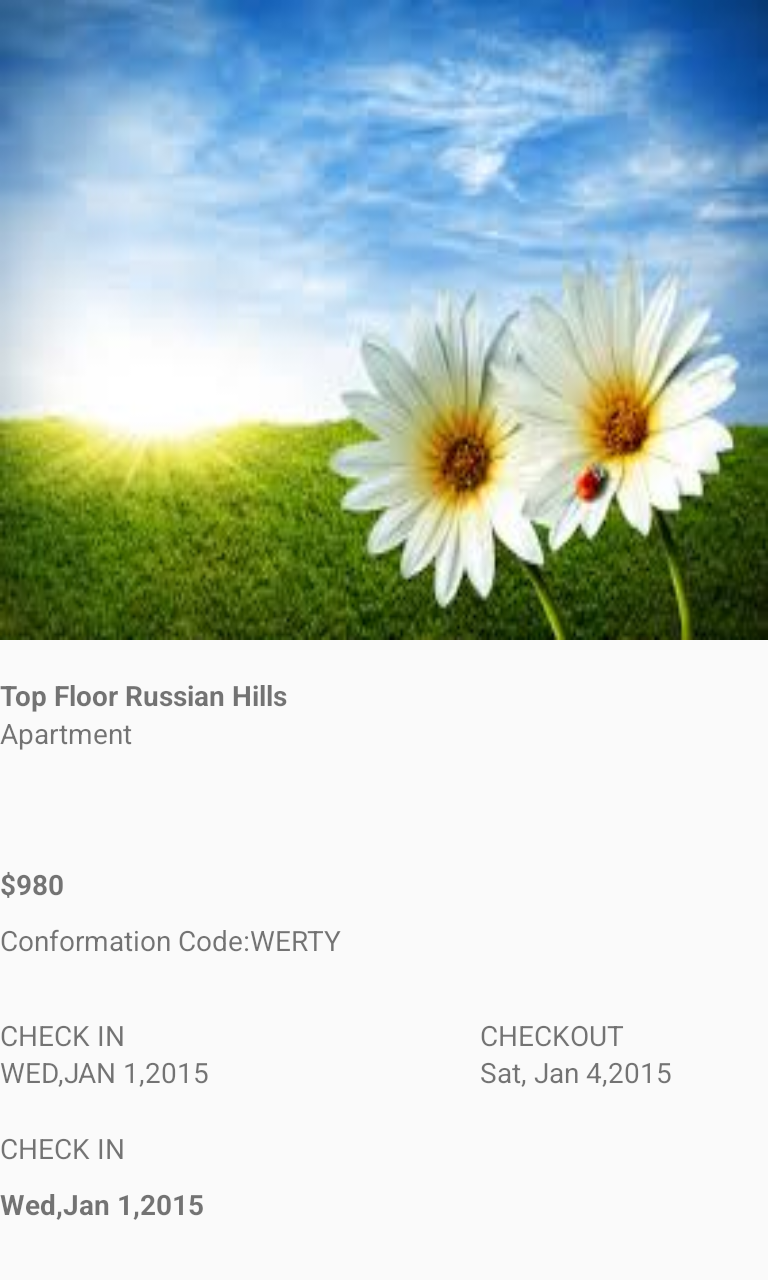
Repository: adarshnair13/my-project
Layout: example8/res/layout/activity_main.xml
These files come from the project's save history. The layout is drawn as it stood at one moment and after the next save; the edit follows.
It is drawn on a 768 x 1280 px phone screen (xhdpi) without system bars, with theme AppTheme; the app's code is not run.

Above is the layout before, as saved 2015-02-05 09:46:51.

After the next save:
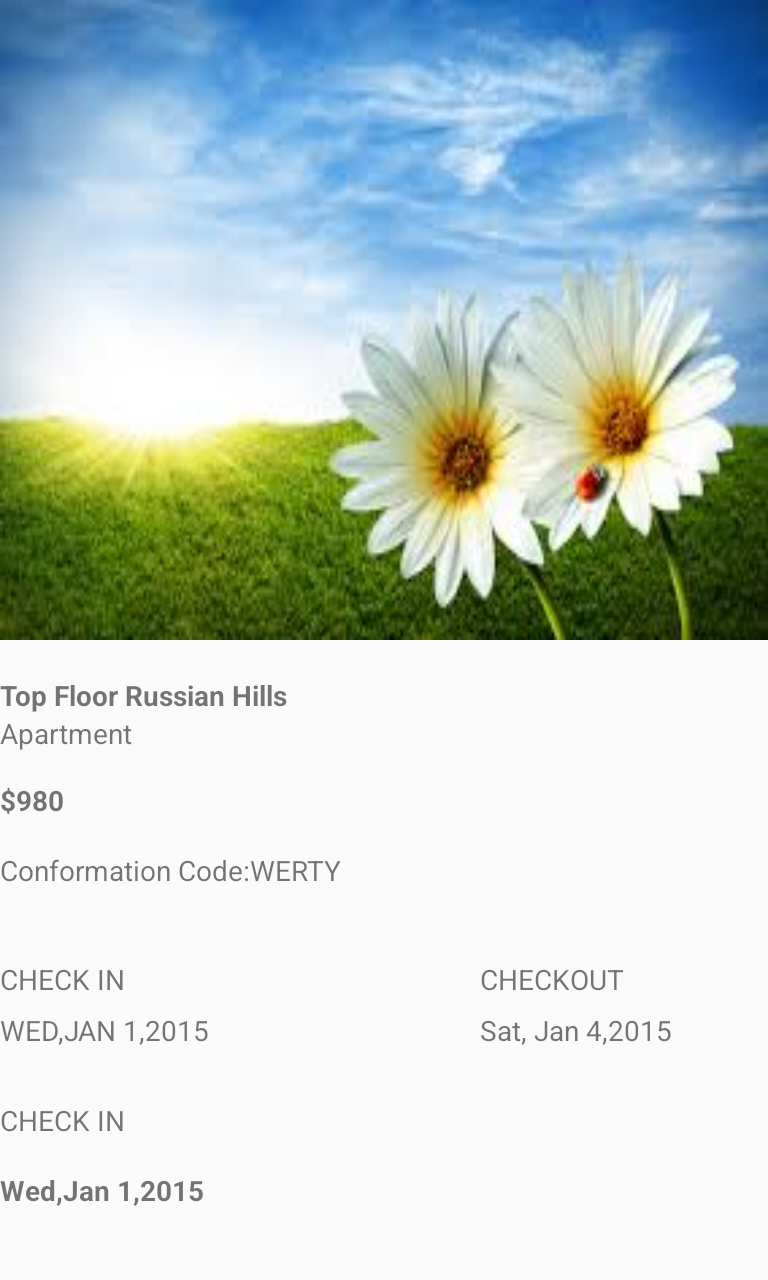
Saved 113 s later.
--- a/example8/res/layout/activity_main.xml
+++ b/example8/res/layout/activity_main.xml
@@ -23,7 +23,7 @@
 
         <RelativeLayout
             android:layout_width="match_parent"
-            android:layout_height="wrap_content"
+            android:layout_height="0dp"
             android:layout_weight="1.0" >
 
             <TextView
